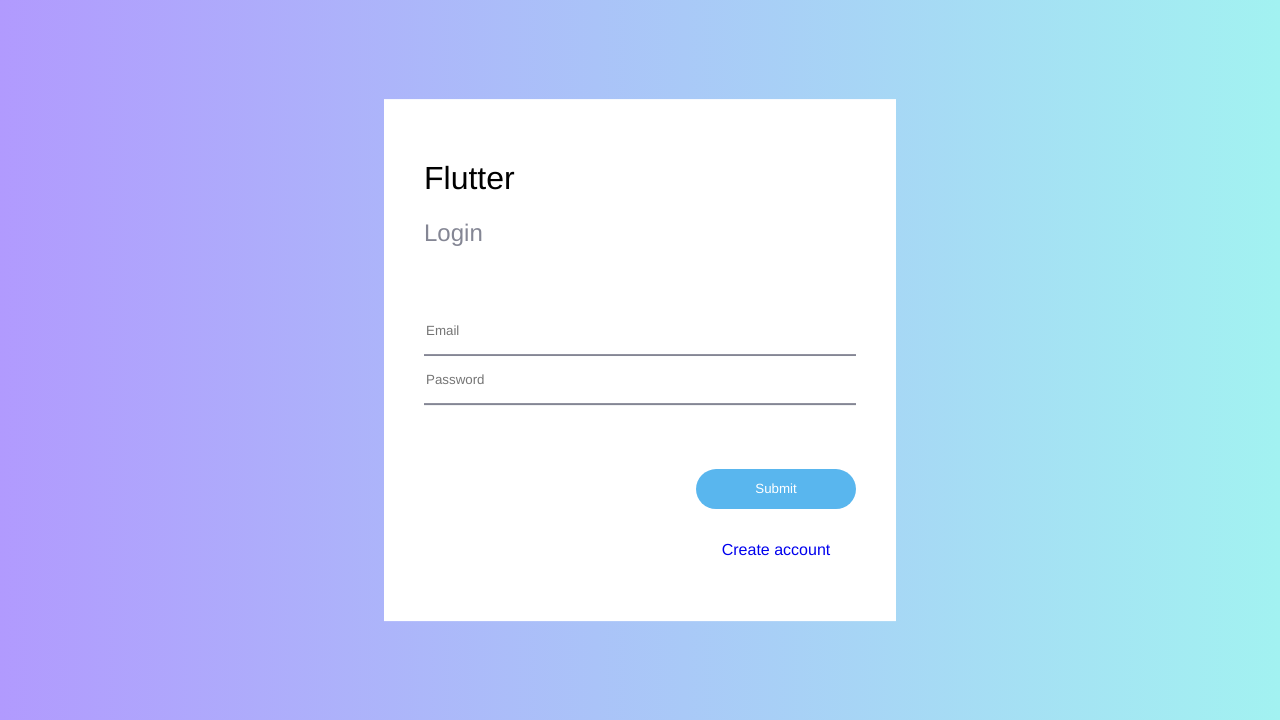
Repository: kensevv/nevexisDemos
Page: http://localhost/Car_Rental_Management_System/login.jsp
These files come from the project's save history. The page is drawn as it stood at one moment and after the next save; the edit follows.
The browser window is 1280 px wide. The pictures show the whole page.
The page is served by Tomcat 9. Nobody is signed in. The application's start-up code is not run. Other server files are loaded and not shown.

Above is the page before, as saved 2021-03-25 16:03:51.

### Car_Rental_Management_System/src/main/webapp/login.jsp
<%@ page language="java" contentType="text/html; charset=ISO-8859-1"
    pageEncoding="ISO-8859-1"%>

<!DOCTYPE html>
<html lang="en">
<head>
    <meta charset="UTF-8">
    <meta name="viewport" content="width=device-width, initial-scale=1.0">
    <title>Login</title>
</head>
<body>
    <div class="FormBox">
        <div class="inside">

            <h1>Flutter</h1>
            <h2>Login</h2>

            <form>
                <input class="text" id="email" type="text" name="email" id="email" placeholder="Email" required>
                <input class="text" id="password" type="password" name="password" id="password" placeholder="Password" required>
            </form>

            <div class="redirect">
                <button id="submit"> Submit </button>
                <a id="link" href="screen 2.html">Create account</a>
            </div>
        </div>

        </div>
</body>

<style><%@include file="loginStyle.css"%></style>
</html>

### Car_Rental_Management_System/src/main/webapp/loginStyle.css
body {
    font-size: 16px;
    background: linear-gradient(-100deg, #A2F2F1 0%, #B19AFE 100%);
}

* {
    font-family: Helvetica, sans-serif;
}

div.FormBox{
    position: absolute;
    top: 50%;
    left: 50%;
    margin-right: -50%;
    transform: translate(-50%, -50%);
    background: white;
    max-width: 32rem;
    width: 90%;
}



div.inside {
    padding: 2.5rem;
}

h1 {
    font-weight: normal;
}
h2 {
    font-weight: normal;
    color: #848694;
}

form {
    display: flex;
    flex-direction: column;
    justify-content: space-between;
    padding-top: 2.5rem;
    padding-bottom: 4rem;
}

input.text {
    border: none;
    border-bottom: 2px solid #848694;

    padding-top: 1rem;
    padding-bottom: 1rem;
}

input.text:hover {
    border-bottom: 2px solid #0424c1;
}

div.redirect {
    display: flex;
    flex-direction: column;
    align-items: flex-end;
}

#submit {
    border-radius: 20px;
    border: none;
    background-color: #59b6ee;
    color: white;
    max-width: 10rem;
    width: 100%;
    height: 2.5rem;
}

#link {
    text-decoration: none;
    text-align: center;
    max-width: 10rem;
    width: 100%;
    height: 2.5rem;
    padding-top: 2rem;
}

After the next save:
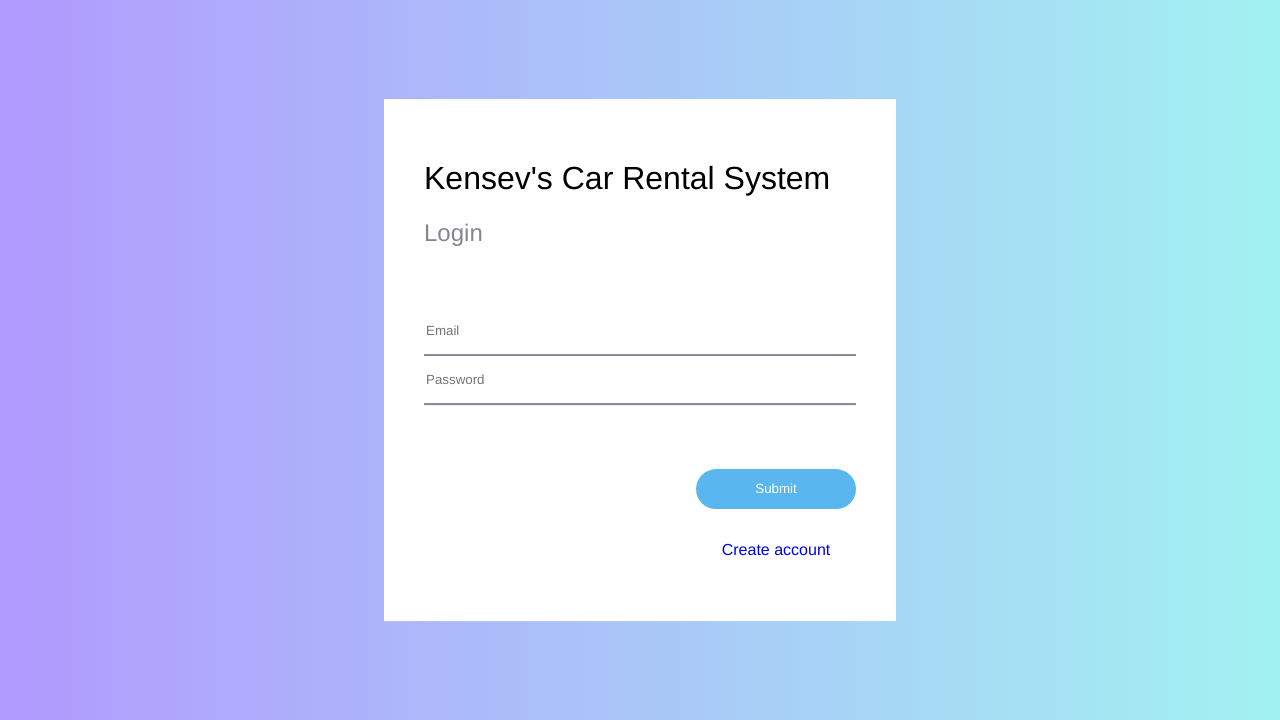
Saved 37 s later.
--- a/Car_Rental_Management_System/src/main/webapp/login.jsp
+++ b/Car_Rental_Management_System/src/main/webapp/login.jsp
@@ -12,7 +12,7 @@
     <div class="FormBox">
         <div class="inside">
 
-            <h1>Flutter</h1>
+            <h1>Kensev's Car Rental System</h1>
             <h2>Login</h2>
 
             <form>
